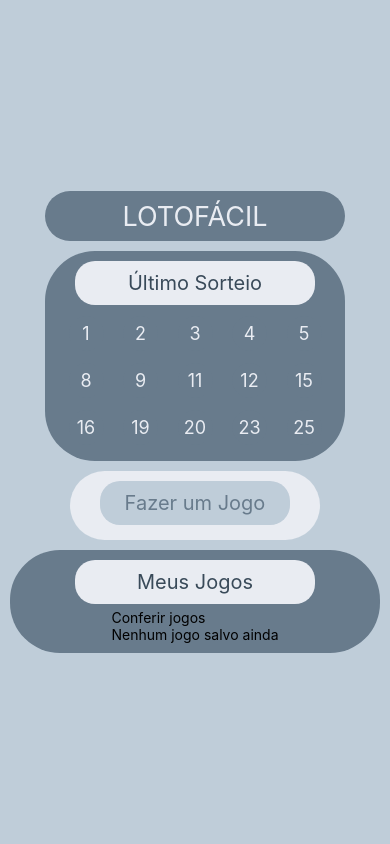
Repository: Deyvid-Kasteh/LotofacilApp
Screen: /
An editor plug-in stored every save of this project. The screen is shown before and after the next save, followed by the edit.
The app was drawn by React Native's web renderer in a window 390 px wide. The project was rebuilt for these pictures with package versions that can differ from the ones it lists, and the page was loaded fresh each time. Also part of the build but not shown: Bolhas.js, components/Resultado.js, components/Jogo.js, paginaTESTE.js, paginaTESTE2.js, SeuComponentePai.js, components/ResultadoTexte2.js.

Above is the screen before, as saved 2023-12-02 23:11:10.

### App.js
import { StatusBar } from 'expo-status-bar';
import { Text, View } from 'react-native';
import MainPage from './pages/MainPage';

export default function App() {
  return (
    <MainPage/>
  );
}

### pages/MainPage.js
import { View, Text } from 'react-native'
import React from 'react'
import { StatusBar } from "expo-status-bar";
import Resultado from '../components/Resultado';
import PaginaTesteee from '../paginaTESTE';
import Teste2pagina from '../paginaTESTE2';
import SeuComponentePai from '../SeuComponentePai';
import ResultadoTexte from '../components/ResultadoTexte';
import ResultadoTexte2 from '../components/ResultadoTexte2';
import MostrarJogosSalvos from '../components/MostrarJogosSalvos';
import ResultadoTexteParaFazerCorreções from '../paginaTESTE';


const MainPage = () => {
  return (
    <View
      style={{
        flex: 1,
        alignItems: "center",
        justifyContent: "flex-start",
        backgroundColor: "#BFCDD9",
      }}
    >
      <StatusBar style="auto" />
      {/* <Text>Lotofácil</Text> */}
      {/* <Resultado /> */}
      {/* <PaginaTesteee /> */}
      {/* <Teste2pagina/> */}
      {/* <SeuComponentePai/> */}
      <ResultadoTexte />
      {/* <ResultadoTexte2/> */}
      {/* <MostrarJogosSalvos /> */}
      {/* <ResultadoTexteParaFazerCorreções/> */}
    </View>
  );
}

export default MainPage

### components/ResultadoTexte.js
import { View, Text, TouchableOpacity } from "react-native";
import React, { useState } from "react";
import AsyncStorage from "@react-native-async-storage/async-storage";

import Bubble from "./Bubble";
import latestJson from "../Latest.json";
import Bolhas from "../Bolhas";
import Jogo from "./Jogo";
import MostrarJogosSalvos from "./MostrarJogosSalvos";

// Defina constantes para cores
const backgroundColor1 = "#687B8C";
const backgroundColor2 = "#394A59";
const backgroundColor3 = "#E9ECF2";

const bolhasContainerStyle = {
  flexWrap: "wrap",
  flexDirection: "row",
  alignContent: "center",
  justifyContent: "space-evenly",
};
const ResultadoTexte = () => {
  const [viewHeight, setViewHeight] = useState(50);
  const toggleHeight = () => {
    const newHeight = viewHeight === 50 ? 200 : 50;
    setViewHeight(newHeight);
    console.log("mudou");
  };

  const [alturaView1, setAlturaView1] = useState(200);
  const toggleAltura = () => {
    const novaAltura = alturaView1 === 200 ? 50 : 200;
    setAlturaView1(novaAltura);
  };

  const [alturaView3, setAlturaView3] = useState(200);
  const toggleAlturaView3 = () => {
    const novaAlturaView3 = alturaView3 === 200 ? 50 : 200;
    setAlturaView3(novaAlturaView3);
  };

  const dezenas = latestJson.Dezenas;

  const renderFazerJogo = () => {
    const [chosenNumbers, setChosenNumbers] = useState([]);
    const bolhasSelecionadas = chosenNumbers.length;
    const onSaveJogoPress = async () => {
      if (bolhasSelecionadas === 15) {
        try {
          // Recupera os jogos já salvos (se existirem)
          const jogosSalvosJSON = await AsyncStorage.getItem("meusJogos");
          const jogosSalvos = jogosSalvosJSON
            ? JSON.parse(jogosSalvosJSON)
            : [];

          // Cria um objeto representando o jogo atual
          const jogoAtual = {
            numerosSelecionados: chosenNumbers,
            data: new Date().toLocaleString(),
          };

          // Adiciona o jogo atual à lista de jogos
          jogosSalvos.push(jogoAtual);

          // Salva a lista atualizada de jogos no AsyncStorage
          await AsyncStorage.setItem("meusJogos", JSON.stringify(jogosSalvos));

          console.log("Jogo salvo!");
          // Limpa os números escolhidos após salvar o jogo
          setChosenNumbers([]);
        } catch (error) {
          console.error("Erro ao salvar o jogo:", error);
        }
      } else {
        console.log("Selecione exatamente 15 números para salvar o jogo.");
      }
    };
    const handleBolhaPress = (numero) => {
      if (chosenNumbers.includes(numero)) {
        setChosenNumbers(chosenNumbers.filter((num) => num !== numero));
      } else {
        if (bolhasSelecionadas < 15) {
          setChosenNumbers([...chosenNumbers, numero]);
        }
      }
    };
    const dezenasParaEscolher = Array.from({ length: 25 }, (_, i) => i + 1);

    if (viewHeight === 50) {
      return null;
    } else {
      return (
        <View style={{ justifyContent: "center", alignItems: "center" }}>
          <View style={{}}>
            <Text
              style={{
                color: backgroundColor3,
                fontSize: 16,
              }}
            >
              Escolha 15 números
            </Text>
          </View>
          <View style={bolhasContainerStyle}>
            {dezenasParaEscolher.map((numero, index) => (
              <Bolhas
                key={index}
                numero={numero}
                choose={chosenNumbers.includes(numero)}
                onPress={() => handleBolhaPress(numero)}
              />
            ))}
          </View>
          <View key="números" style={{}}>
            <Text
              style={{
                color: backgroundColor3,
                fontSize: 16,
              }}
            >
              {bolhasSelecionadas} números selecionados
            </Text>
            <TouchableOpacity onPress={onSaveJogoPress}>
              <Text
                style={{
                  color: bolhasSelecionadas === 15 ? "green" : backgroundColor3,
                }}
              >
                SALVAR JOGO
              </Text>
            </TouchableOpacity>
            {/* <TouchableOpacity onPress={onDeleteJogosPress}>
              <Text style={{ color: "red" }}>DELETAR JOGOS</Text>
            </TouchableOpacity> */}
          </View>
        </View>
      );
    }
  };

  const renderConferirJogos = () => {
    if (alturaView3 === 50) {
      return null; // Retorna null se a altura for 50
    } else {
      return (
        <View style={bolhasContainerStyle}>
          <MostrarJogosSalvos />
        </View>
      );
    }
  };

  return (
    <View
      style={{
        flex: 1,
        justifyContent: "center",
        alignItems: "center",
      }}
    >
      <View
        style={{
          width: 300,
          height: 50,
          borderRadius: 50,
          alignItems: "center",
          justifyContent: "center",
          elevation: 2,
          backgroundColor: backgroundColor1,
          marginBottom: 10,
        }}
      >
        <Text
          style={{
            color: backgroundColor3,
            fontSize: 27,
          }}
        >
          LOTOFÁCIL
        </Text>
      </View>

      <View
        key="1"
        style={[
          {
            width: 300,
            padding: 10,
            borderRadius: 50,
            alignItems: "center",
            elevation: 2,
            backgroundColor: backgroundColor1,
            marginBottom: 10,
          },
          alturaView1 === 50
            ? { width: 250, backgroundColor: "#E9ECF2" }
            : { width: 300, backgroundColor: "#687B8C" },
        ]}
      >
        <TouchableOpacity
          style={[
            {
              width: 240,
              backgroundColor: backgroundColor3,
              elevation: 5,
              justifyContent: "center",
              alignItems: "center",
              padding: 10,
              borderRadius: 20,
              marginBottom: 5,
            },
            alturaView1 === 50
              ? { width: 190, backgroundColor: "#BFCDD9" }
              : { width: 240, backgroundColor: "#E9ECF2" },
          ]}
          onPress={() => toggleAltura()}
        >
          <Text
            style={{
              fontSize: 20,
              color: alturaView1 === 50 ? backgroundColor1 : backgroundColor2,
            }}
          >
            Último Sorteio
          </Text>
        </TouchableOpacity>

        {alturaView1 === 200 && (
          <View style={bolhasContainerStyle}>
            {dezenas.map((numero, index) => (
              <Bubble key={index} numero={numero} />
            ))}
          </View>
        )}
      </View>

      <View
        key="2"
        style={[
          {
            width: 300,
            padding: 10,
            borderRadius: 50,
            alignItems: "center",
            elevation: 2,
            marginBottom: 10,
          },
          viewHeight === 50
            ? { width: 250, backgroundColor: "#E9ECF2" }
            : { width: 300, backgroundColor: "#687B8C" },
        ]}
      >
        <TouchableOpacity
          style={[
            {
              width: 240,
              elevation: 5,
              justifyContent: "center",
              alignItems: "center",
              padding: 10,
              borderRadius: 20,
              marginBottom: 5,
            },
            viewHeight === 50
              ? { width: 190, backgroundColor: "#BFCDD9" }
              : { width: 240, backgroundColor: "#E9ECF2" },
          ]}
          onPress={() => toggleHeight()}
        >
          <Text
            style={{
              fontSize: 20,
              color: viewHeight === 50 ? backgroundColor1 : backgroundColor2,
            }}
          >
            Fazer um Jogo
          </Text>
        </TouchableOpacity>
        {renderFazerJogo()}
      </View>
      <View
        key="3"
        style={[
          {
            width: 300,
            padding: 10,
            borderRadius: 50,
            alignItems: "center",
            elevation: 2,
          },
          alturaView3 === 50
            ? { width: 250, backgroundColor: "#E9ECF2" }
            : { width: 370, backgroundColor: "#687B8C" },
        ]}
      >
        <TouchableOpacity
          style={[
            {
              width: 240,
              elevation: 5,
              justifyContent: "center",
              alignItems: "center",
              padding: 10,
              borderRadius: 20,
              marginBottom: 5,
            },
            alturaView3 === 50
              ? { width: 190, backgroundColor: "#BFCDD9" }
              : { width: 240, backgroundColor: "#E9ECF2" },
          ]}
          onPress={() => toggleAlturaView3()}
        >
          <Text
            style={{
              fontSize: 20,
              color: alturaView3 === 50 ? backgroundColor1 : backgroundColor2,
            }}
          >
            Meus Jogos
          </Text>
        </TouchableOpacity>
        {renderConferirJogos()}
        {/* <MostrarJogosSalvos/> */}
      </View>
    </View>
  );
};

export default ResultadoTexte;

### components/MostrarJogosSalvos.js
import React, { useState, useEffect } from "react";
import { View, Text, TouchableOpacity } from "react-native";
import AsyncStorage from "@react-native-async-storage/async-storage";
import Jogo from "./Jogo";
import * as Cores from "../assets/Cores";


const MostrarJogosSalvos = () => {
  const [jogosSalvos, setJogosSalvos] = useState([]);

  // Adicione a função saveJogos
  const saveJogos = async (jogos) => {
    try {
      await AsyncStorage.setItem("meusJogos", JSON.stringify(jogos));
    } catch (error) {
      console.error("Erro ao salvar jogos:", error);
    }
  };

  const handleDelete = async (index) => {
    try {
      const jogosAtualizados = [...jogosSalvos];
      jogosAtualizados.splice(index, 1);

      await saveJogos(jogosAtualizados);

      setJogosSalvos(jogosAtualizados);
    } catch (error) {
      console.error("Erro ao deletar jogo:", error);
    }
  };

  useEffect(() => {
    const carregarJogosSalvos = async () => {
      try {
        const jogosSalvosJSON = await AsyncStorage.getItem("meusJogos");
        const jogosSalvos = jogosSalvosJSON ? JSON.parse(jogosSalvosJSON) : [];
        setJogosSalvos(jogosSalvos);
      } catch (error) {
        console.error("Erro ao carregar jogos salvos:", error);
      }
    };

    carregarJogosSalvos();
  }, []);

  return (
    <View style={{

    }}>
      <Text>Conferir jogos</Text>
      {jogosSalvos.length === 0 ? (
        <Text>Nenhum jogo salvo ainda</Text>
      ) : (
        jogosSalvos.map((jogo, index) => (
          <Jogo
            key={index}
            numerosSelecionados={jogo.numerosSelecionados}
            onDelete={() => handleDelete(index)}
          />
        ))
      )}
    </View>
  );
};

export default MostrarJogosSalvos;

### components/Bubble.js
import { View, Text } from "react-native";
import React from "react";

const Bubble = (props) => {
  if (props.choose) {console.log(props.choose)}
  return (
    <View
      style={[
        {
          width: 35,
          height: 35,
          // backgroundColor: "#394A59",
          // backgroundColor: "#687B8C",

          borderRadius: 50,
          alignContent: "center",
          justifyContent: "center",
          alignItems: "center",
          margin: 6,
          // elevation: 5,
          opacity: 1,
        },
        props.choose
          ? { backgroundColor: "#394A59" }
          : { backgroundColor: "#687B8C" },
      ]}
    >
      <Text
        style={{
          color: "#E9ECF2",
          fontSize: 18,
        }}
      >
        {props.numero}
      </Text>
    </View>
  );
};

export default Bubble;

### Latest.json
{
  "concurso": 2960,
  "Data Sorteio": "22/11/2023",
  "Dezenas": [
    1,
    2,
    3,
    4,
    5,
    8,
    9,
    11,
    12,
    15,
    16,
    19,
    20,
    23,
    25
  ],
  "Ganhadores 15 acertos": 3,
  "Cidade / UF": "BRASILIA/DF; JARAGUA/GO; IPATINGA/MG",
  "Premio 15 Acertos": "R$1.639.439,24",
  "Ganhadores 14 Acertos": 433,
  "Premio 14 Acertos": "R$1.732,84",
  "Ganhadores 13 Acertos": 13831,
  "Premio 13 Acertos": "R$30,00",
  "Ganhadores 12 Acertos": 163567,
  "Premio 12 Acertos": "R$12,00",
  "Ganhadores 11 Acertos": 882304,
  "Premio 11 Acertos": "R$6,00"
}

### assets/Cores.js
export const cor1 = "#E9ECF2"; // Cor mais clara
export const cor2 = "#BFCDD9";
export const cor3 = "#95ACBF";
export const cor4 = "#687B8C";
export const cor5 = "#394A59"; // Cor mais escura

After the next save:
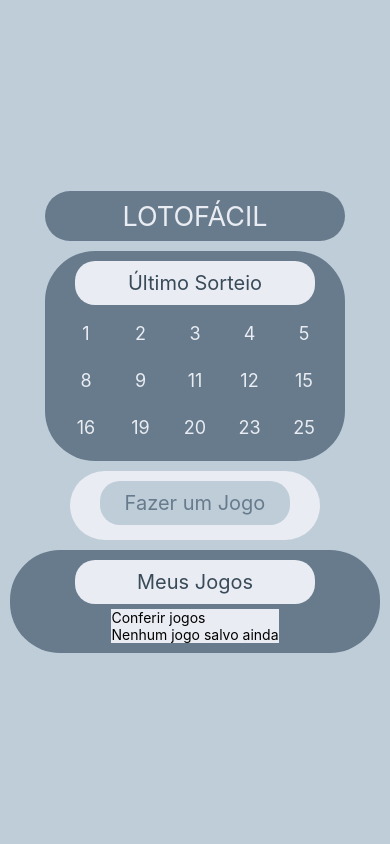
Saved 19 s later.
--- a/components/MostrarJogosSalvos.js
+++ b/components/MostrarJogosSalvos.js
@@ -45,9 +45,11 @@
   }, []);
 
   return (
-    <View style={{
-
-    }}>
+    <View
+      style={{
+        backgroundColor: Cores.cor1,
+      }}
+    >
       <Text>Conferir jogos</Text>
       {jogosSalvos.length === 0 ? (
         <Text>Nenhum jogo salvo ainda</Text>
